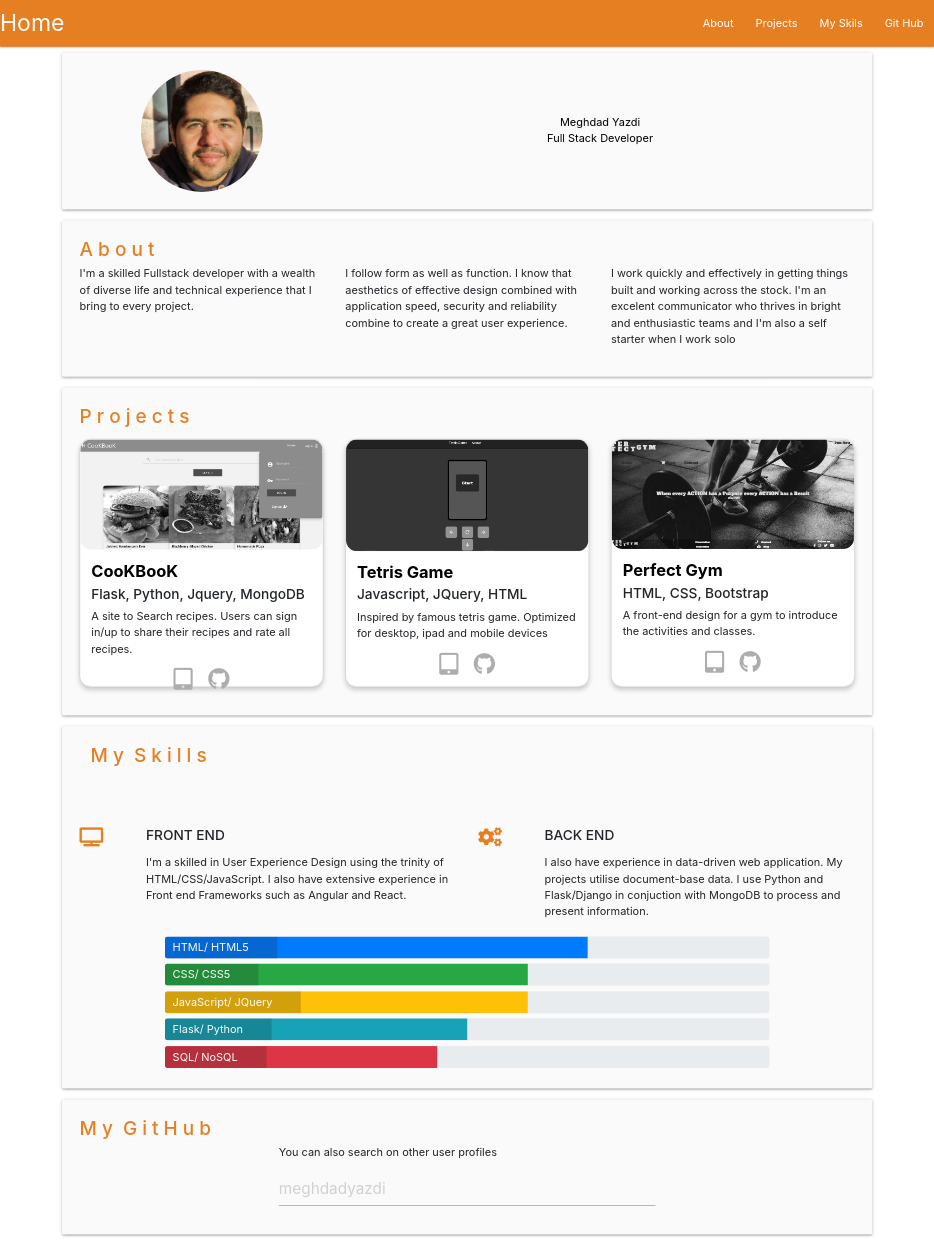
Repository: meghdadyazdi/SD_Res
Page: index.html
The author's editor kept a record of every edit. The page is drawn from the files as they stood at one moment, then again after the next edit.
The browser window is 1280 px wide. The pictures show the whole page, at 73% of full size.
Some web libraries are served in a nearby version.

Above is the page before.
Console error: ReferenceError: $ is not defined

### index.html
<!DOCTYPE html>
<html lang="en">

<head>
  <meta charset="UTF-8">
  <meta name="viewport" content="width=device-width, initial-scale=1.0">
  <meta http-equiv="X-UA-Compatible" content="ie=edge">
  <link rel="stylesheet" href="https://cdnjs.cloudflare.com/ajax/libs/materialize/1.0.0/css/materialize.min.css">
  <link href="https://fonts.googleapis.com/icon?family=Material+Icons" rel="stylesheet">
  <link rel="stylesheet" href="assets/style.css" type="text/css" />
  <link href="https://fonts.googleapis.com/css?family=Raleway:100,100i,200,200i,300,300i,400,400i,500,500i,600,600i,700,700i,800,800i,900,900i&display=swap&subset=latin-ext" rel="stylesheet">
  <link rel="stylesheet" href="https://stackpath.bootstrapcdn.com/bootstrap/4.4.1/css/bootstrap.min.css" integrity="sha384-Vkoo8x4CGsO3+Hhxv8T/Q5PaXtkKtu6ug5TOeNV6gBiFeWPGFN9MuhOf23Q9Ifjh" crossorigin="anonymous">
  <link href="https://fonts.googleapis.com/css?family=Roboto+Slab:400,700&display=swap" rel="stylesheet">
  <link rel="stylesheet" href="https://use.fontawesome.com/releases/v5.6.1/css/all.css"
		integrity="sha384-gfdkjb5BdAXd+lj+gudLWI+BXq4IuLW5IT+brZEZsLFm++aCMlF1V92rMkPaX4PP" crossorigin="anonymous">
  <link href="https://fonts.googleapis.com/css?family=Dosis&display=swap" rel="stylesheet">
  <script type="text/javascript" src="assets/js/github-information.js"></script>
  <title>Meghdad Yazdi's Resume</title>
</head>

<body>



  <nav>
    <div class="nav-wrapper">
      <a href="#index.html" class="brand-logo">Home</a>
      <a href="#" data-target="mobile-demo" class="sidenav-trigger"><i class="material-icons">menu</i></a>
      <ul class="right hide-on-med-and-down">
        <li><a href="#about">About</a></li>
        <li><a href="#projects">Projects</a></li>
        <li><a href="#skills">My Skils</a></li>
        <li><a href="#github">Git Hub</a></li>
      </ul>
    </div>
    <ul class="sidenav text-font" id="mobile-demo">
        <li><a href="#about">About</a></li>
        <li><a href="#projects">Projects</a></li>
        <li><a href="#skills">My Skils</a></li>
        <li><a href="#github">Git Hub</a></li>
    </ul>
  </nav>


  <section class="container">
    <div class="card-panel grey lighten-5 z-depth-1">
      <div class="row valign-wrapper">
        <div class="col-sm-4 center">
          <!--<div class="col my_img">-->
          <img src="assets/images/meghdad_res2.jpg" alt="" class="circle responsive-img center">
          <!-- notice the "circle" class -->
          <!--</div>-->
        </div>
        <div class="col-sm-8 center">
          <div class="row">
            <div class="col-sm-12 center">
              <span class="black-text name-font">
                Meghdad Yazdi
              </span>
            </div>
            <div class="col-sm-12 center">
              <span class="black-text my-font">
                Full Stack Developer
              </span>
            </div>
          </div>
        </div>
      </div>
    </div>
  </section>

  <section class="container">
    <div class="card-panel grey lighten-5 z-depth-1">
      <div class="row">
        <div class="col-sm-12 text-font">
          <h3 id="about" class="three-reasons-icon">A b o u t</h3>
        </div>
        <div class="col-sm-6 col-md-4 text-font m0">

          <p>
            I'm a skilled Fullstack developer with a wealth of diverse life and technical experience that I bring to every project.
          </p>
        </div>
        <div class="col-sm-6 col-md-4 text-font m0">
          <!--<h3>HOW DO I DO IT?</h3>-->
          <p>
            I follow form as well as function. I know that aesthetics of effective design combined with application speed, security and reliability combine to create a great user experience.
          </p>
        </div>
        <div class="col-sm-6 col-md-4 text-font m0">
          <!--<h3>WHY HIRE ME</h3>-->
          <p>
            I work quickly and effectively in getting things built and working across the stock. I'm an excelent communicator who thrives in bright and enthusiastic teams and I'm also a self starter when I work solo
          </p>
        </div>
      </div>
    </div>
  </section>


  <section class="container">
    <div class="card-panel grey lighten-5 z-depth-1">

      <div class="row align-items-center">
        <div class="col-sm-12 text-font">
          <h3 id="projects" class="three-reasons-icon">P r o j e c t s</h3>
        </div>

      <div class="col-sm-12 col-md-6 col-lg-4">
      <div id="cook" class="card">
        <img id="img-cook"  src="assets/images/cookbook.png" alt="CooKBooK" class="work-img" style="width:100%">
        <div class="container">
          <h4><b>CooKBooK</b></h4>
          <h5>Flask, Python, Jquery, MongoDB</h5>
          <p>A site to Search recipes. Users can sign in/up to share their recipes and rate all recipes.</p>
          <div class="par"><a href="https://cookbook-meghdad.herokuapp.com" target="_blank"><i class="fas fa-tablet-alt"></i></a>
          &nbsp&nbsp&nbsp&nbsp<a href="https://github.com/meghdadyazdi/cookbook" target="_blank"><i class="fab fa-github"></i></a></div>
        </div>
      </div>
      </div>


      <div class="col-sm-12 col-md-6 col-lg-4">
      <div id="tetris" class="card">
        <img id="img-tetris" src="assets/images/Tetris.png" alt="Tetris Game" class="work-img" style="width:100%">
        <div class="container">
          <h4><b>Tetris Game</b></h4>
          <h5>Javascript, JQuery, HTML</h5>
          <p>Inspired by famous tetris game. Optimized for desktop, ipad and mobile devices</p>
          <div class="par"><a href="https://meghdadyazdi.github.io/IFD-Milestone/" target="_blank"><i class="fas fa-tablet-alt"></i></a>
          &nbsp&nbsp&nbsp&nbsp<a href="https://github.com/meghdadyazdi/IFD-Milestone" target="_blank"><i class="fab fa-github"></i></a></div>
        </div>
      </div>
      </div>


      <div class="col-sm-12 col-md-6 col-lg-4">
      <div id="gym" class="card">
        <img id="img-gym" src="assets/images/gym.png" alt="Gym" class="work-img" style="width:100%">
        <div class="container">
          <h4><b>Perfect Gym</b></h4>
          <h5>HTML, CSS, Bootstrap</h5>
          <p>A front-end design for a gym to introduce the activities and classes.</p>
          <div class="par"><a href="https://meghdadyazdi.github.io/UCFD-Milestone/index.html" target="_blank"><i class="fas fa-tablet-alt"></i></a>
          &nbsp&nbsp&nbsp&nbsp<a href="https://github.com/meghdadyazdi/UCFD-Milestone" target="_blank"><i class="fab fa-github"></i></a></div>
        </div>
      </div>
      </div>

      </div>

    </div>
  </section>

  <section class="container">
    <div class="card-panel grey lighten-5 z-depth-1">

                <div class="col-sm-12 text-font">
                   <h3 id="skills" class="three-reasons-icon">M y  &nbspS k i l l s</h3>
                </div>
                <div class="row">
                    <div class="col-10 offset-1 offset-sm-0 col-sm-6">
                        <div class="row">
                            <div class="col-2">
                                <i class="three-reasons-icon fa fa-tv" aria-hiden="true"></i>
                            </div>
                            <div class="col-10">
                                <h5 class="three-reasons-heading uppercase">FRONT END</h5>
                                <p>I'm a skilled in User Experience Design using the trinity of HTML/CSS/JavaScript.
                                I also have extensive experience in Front end Frameworks such as Angular and React.
                                </p>
                            </div>
                        </div>
                    </div>
                    <div class="col-10 offset-1 offset-sm-0 col-sm-6">
                        <div class="row">
                            <div class="col-2">
                                <i class="three-reasons-icon fa fa-cogs" aria-hiden="true"></i>
                            </div>
                            <div class="col-10">
                                <h5 class="three-reasons-heading uppercase">BACK END</h5>
                                <p>
                                    I also have experience in data-driven web application. My projects utilise document-base data. I use Python and Flask/Django in conjuction with MongoDB to process and present information.
                                </p>
                            </div>
                        </div>
                    </div>
                </div>


                <div class="row progress-section">
                    <div class="col">
                        <div class="progress">
                            <div class="progress-bar" role="progressbar" aria-valuenow="90" aria-valuemin="0" aria-valuemax="100" style="width:70%;">
                                <span class="sr-only">70% complete</span>
                            </div>
                            <span class="progress-type progress-font">HTML/ HTML5</span>
                        </div>
                        <div class="progress">
                            <div class="progress-bar bg-success" role="progressbar" aria-valuenow="70" aria-valuemin="0" aria-valuemax="100" style="width:60%;">
                                <span class="sr-only">600% complete</span>
                            </div>
                            <span class="progress-type progress-font">CSS/ CSS5</span>
                        </div>

                        <div class="progress">
                            <div class="progress-bar bg-warning" role="progressbar" aria-valuenow="80" aria-valuemin="0" aria-valuemax="100" style="width:60%;">
                                <span class="sr-only">60% complete</span>
                            </div>
                            <span class="progress-type progress-font">JavaScript/ JQuery</span>
                        </div>
                        <div class="progress">
                            <div class="progress-bar bg-info" role="progressbar" aria-valuenow="75" aria-valuemin="0" aria-valuemax="100" style="width:50%;">
                                <span class="sr-only">50% complete</span>
                            </div>
                            <span class="progress-type progress-font">Flask/ Python</span>
                        </div>
                        <div class="progress">
                            <div class="progress-bar bg-danger" role="progressbar" aria-valuenow="80" aria-valuemin="0" aria-valuemax="100" style="width:45%;">
                                <span class="sr-only">45% complete</span>
                            </div>
                            <span class="progress-type progress-font">SQL/ NoSQL</span>
                        </div>
                    </div>
                </div>

    </div>
  </section>

  <section class="container">
    <div class="card-panel grey lighten-5 z-depth-1">
      <div class="row bg-color-contact">

        <div class="col-sm-12 text-font">
                   <h3 id="github" class="three-reasons-icon">M y &nbspG i t H u b</h3>
                </div>

        <div class="col-md-6 offset-md-3 center-form text-font">

          <p>
            You can also search on other user profiles
          </p>

        </div>
        <div class="col-md-6 offset-md-3 center-form text-font">
          <input type="text" id="gh-username" placeholder="meghdadyazdi" value="" oninput="fetchGitHubInformation()" />
          <div id="gh-user-data"></div>
          <div id="gh-repo-data"></div>
        </div>
      </div>
    </div>
  </section>












</body>
<script src="https://cdnjs.cloudflare.com/ajax/libs/jquery/3.4.1/jquery.min.js" integrity="sha256-CSXorXvZcTkaix6Yvo6HppcZGetbYMGWSFlBw8HfCJo=" crossorigin="anonymous"></script>
<script src="https://cdnjs.cloudflare.com/ajax/libs/materialize/1.0.0/js/materialize.min.js"></script>
<script type="text/javascript" src="assets/js/jquery.js"></script>
<script type="text/javascript" src="">
  $(document).ready(function() {
    $('.sidenav').sidenav();
  });
</script>

</html>

### assets/style.css
@import url('https://fonts.googleapis.com/css?family=Roboto:100,200,300,400,500,600,700|Exo:100,200,300,400,500,600,700');

nav {
    background-color: #e67e22;
}

.row .col.m2 {
    width: 50%;
    margin: 0;
}

.row .col.s12 {
    width: 50%;
    margin: 0;
}

.card-panel{
    position: relative;
}

.dark-bg{
    background-color: #676767;
}

.center {
  display: block;
  margin-left: auto;
  margin-right: auto;
  width: 50%;
}

img.responsive-img, video.responsive-video {
    max-width: 50%;
}
.name_font{
    /*font-family: 'Dosis', sans-serif;*/
    font-family: "Roboto", sans-serif;
    font-size: 2.5rem;
    font-weight: 400;
    text-align: center;
}
.my_font{
    /*font-family: 'Dosis', sans-serif;*/
    font-family: "Roboto", sans-serif;
    font-size: 2rem;
    /*text-align: center;*/
    font-weight: 100;
}
.text_font{
    /*font-family: 'Dosis', sans-serif;*/
    font-family: "Exo", sans-serif;
    font-size: 1rem;
    /*text-align: center;*/
    font-weight: 400;
}
.row{
    margin: 0;
}

.m0{
  margin: 0 !important;
}

.p0{
  padding: 0 !important;
}

.row .col-sm-6{
  margin-top: 5rem;
}

a:hover {
    color: #fff !important;
    text-decoration: none !important;
}

.card {
  box-shadow: 0 4px 8px 0 rgba(0,0,0,0.2);
  transition: 0.3s;
  width: 100%;
  height: 340px;
  border-radius: 15px !important;
  border: 0px solid rgba(0,0,0,.125);
}

.card:hover {
  box-shadow: 0 8px 90px 0 rgba(0,0,0,1);
}

.mauto{
  margin: auto !important;
}

.fa-tablet-alt{
  font-size: 30px;
  color: #adadad
}

.fa-tablet-alt:hover{
  transform: rotate(5deg);
  color: #5a5a5a;
}

.fa-github{
  font-size: 30px;
  color: #adadad
}

.fa-github:hover{
  transform: rotate(5deg);
  color: #5a5a5a;
}

.par{
  text-align: center;
}

.work-img{
  filter: grayscale(100%);
}

#img-cook,
#img-tetris,
#img-gym{
  border-radius: 15px;
}

h4{
  margin-top: 1rem !important;
  color: #000;
}

.card-img{

}

/*__________________________Skils______________________________*/

.progress{
    position: relative;
    height: 30px !important;
    margin-bottom: 4px;
}

.progress-type{
    position: absolute;
    left: 0;
    font-weight: 400;
    padding: 4px 39px 19px 10px;
    color: #fafafa;
    background-color: rgba(25,25,25,.2)
}

.progress-section{
    margin: 0px auto!important;
    width: 80%;
}

.progress-font{
  font-size: 15px;
}

/*___________________________three reason___________________________________*/

.three-reasons-icon{
    font-size: 26px;
    color: #e67e22;
}

.three-reasons-heading{
    margin-bottom: 15px;
}


/*__________________________Github_____________________________*/
#search-area {
  display: block;
  max-width: 70%;
  margin: 0 auto;
  background: #fff;
  padding: 15px 25px;
  -webkit-box-shadow: 1px 2px 3px -1px rgba(0, 0, 0, 0.4);
  -moz-box-shadow: 1px 2px 3px -1px rgba(0, 0, 0, 0.4);
  box-shadow: 1px 2px 3px -1px rgba(0, 0, 0, 0.4);
  -webkit-border-radius: 4px;
  -moz-border-radius: 4px;
  border-radius: 4px;
}

#gh-api-data {
  display: block;
  padding: 25px 0;
}

#loader {
  display: block;
  width: 200px;
  height: 200px;
  margin: 0 auto;
}


/* page content styles */

.small-name {
  font-size: 0.75em;
  color: #a9a9a9;
  font-style: italic;
}

.avi {
  float: left;
  margin-right: 7px;
  margin-bottom: 7px;
}

.avi img {
  border: 1px solid #ccc;
  padding: 3px;
}

.repo-list {
  display: block;
  clear: both;
  width: 100%;
}

.repo-list ul {
  font-size: 1.2em;
}

.repo-list ul li {
  display: block;
}

.repo-list ul li a {
  font-weight: bold;
  padding: 6px 9px;
  display: block;
  float: left;
  margin-right: 10px;
  margin-bottom: 10px;
  text-decoration: none;
  border: 1px solid #356492;
  -webkit-border-radius: 3px;
  -moz-border-radius: 3px;
  border-radius: 3px;
  color: #fff;
  background-color: #3673af;
  background-image: -webkit-gradient(linear, left top, left bottom, from(#5597d8), to(#3673af));
  background-image: -webkit-linear-gradient(top, #5597d8, #3673af);
  background-image: -moz-linear-gradient(top, #5597d8, #3673af);
  background-image: -ms-linear-gradient(top, #5597d8, #3673af);
  background-image: -o-linear-gradient(top, #5597d8, #3673af);
  background-image: linear-gradient(top, #5597d8, #3673af);
}

.repo-list ul li a:hover {
  background-color: #396895;
  background-image: -webkit-gradient(linear, left top, left bottom, from(#4b87c2), to(#396895));
  background-image: -webkit-linear-gradient(top, #4b87c2, #396895);
  background-image: -moz-linear-gradient(top, #4b87c2, #396895);
  background-image: -ms-linear-gradient(top, #4b87c2, #396895);
  background-image: -o-linear-gradient(top, #4b87c2, #396895);
  background-image: linear-gradient(top, #4b87c2, #396895);
}

.repo-list ul li a:active {
  -webkit-box-shadow: inset 0 3px 5px rgba(0, 0, 0, 0.25);
  -moz-box-shadow: inset 0 3px 5px rgba(0, 0, 0, 0.25);
  box-shadow: inset 0 3px 5px rgba(0, 0, 0, 0.25);
}

.repo-list ul li a span {
  font-family: "Courier New", Courier, "Lucida Typewriter", monospace;
  font-size: 0.9em;
}

/* input field */

#gh-username {
  display: block;
  padding: 0;
  font-size: 1.4em;
  color: #666;
  /*max-width: 550px;*/
  margin-bottom: 15px;
}


#gh-submit {
  display: inline-block;
  padding: 8px 18px;
  font-size: 14px;
  font-weight: bold;
  color: #444;
  text-decoration: none;
  text-shadow: 0 1px 0 rgba(255, 255, 255, 0.8);
  background-color: #eaeaea;
  background-image: -webkit-linear-gradient(#fafafa, #eaeaea);
  background-image: -moz-linear-gradient(#fafafa, #eaeaea);
  background-image: -ms-linear-gradient(top, #fafafa, #eaeaea);
  background-image: -o-linear-gradient(top, #fafafa, #eaeaea);
  background-image: linear-gradient(#fafafa, #eaeaea);
  border-radius: 3px;
  border: 1px solid #ddd;
  border-bottom-color: #c5c5c5;
  -webkit-box-shadow: 0 1px 3px rgba(0, 0, 0, 0.05);
  -moz-box-shadow: 0 1px 3px rgba(0, 0, 0, 0.05);
  box-shadow: 0 1px 3px rgba(0, 0, 0, 0.05);
}

#gh-submit:hover {
  background-color: #dadada;
  background-image: -webkit-linear-gradient(#eaeaea, #dadada);
  background-image: -moz-linear-gradient(#eaeaea, #dadada);
  background-image: -ms-linear-gradient(top, #eaeaea, #dadada);
  background-image: -o-linear-gradient(top, #eaeaea, #dadada);
  background-image: linear-gradient(#eaeaea, #dadada);
  border-color: #ccc #ccc #b5b5b5;
}

#gh-submit:active {
  background-color: #dadada;
  background-image: none;
  border-color: #b5b5b5;
  -webkit-box-shadow: inset 0 3px 5px rgba(0, 0, 0, 0.25);
  -moz-box-shadow: inset 0 3px 5px rgba(0, 0, 0, 0.25);
  box-shadow: inset 0 3px 5px rgba(0, 0, 0, 0.25);
}

### assets/js/github-information.js
function userInformationHTML(user) {
    return `
        <h2>${user.name}
            <span class="small-name">
                (@<a href="${user.html_url}" target="_blank">${user.login}</a>)
            </span>
        </h2>
        <div class="gh-content">
            <div class="gh-avatar">
                <a href="${user.html_url}" target="_blank">
                    <img src="${user.avatar_url}" width="80" height="80" alt="${user.login}" />
                </a>
            </div>
            <p>Followers: ${user.followers} - Following ${user.following} <br> Repos: ${user.public_repos}</p>
        </div>`;
}

function repoInformationHTML(repos) {
    if (repos.length == 0) {
        return `<div class="clearfix repo-list">No repos!</div>`;
    }

    var listItemsHTML = repos.map(function(repo) {
        return `<li>
                    <a href="${repo.html_url}" target="_blank">${repo.name}</a>
                </li>`;
    });

    return `<div class="clearfix repo-list">
                <p>
                    <strong>Repo List:</strong>
                </p>
                <ul>
                    ${listItemsHTML.join("\n")}
                </ul>
            </div>`;
}

function fetchGitHubInformation(event) {
    $("#gh-user-data").html("");
    $("#gh-repo-data").html("");

    var username = $("#gh-username").val();
    if (!username) {
        $("#gh-user-data").html(`<h6>Please enter a GitHub username</h6>`);
        return;
    }

    $("#gh-user-data").html(
        `<div id="loader">
            <img src="images/loader.gif" alt="loading..." />
        </div>`);

    $.when(
        $.getJSON(`https://api.github.com/users/${username}`),
        $.getJSON(`https://api.github.com/users/${username}/repos`)
    ).then(
        function(firstResponse, secondResponse) {
            var userData = firstResponse[0];
            var repoData = secondResponse[0];
            $("#gh-user-data").html(userInformationHTML(userData));
            $("#gh-repo-data").html(repoInformationHTML(repoData));
        },
        function(errorResponse) {
            if (errorResponse.status === 404) {
                $("#gh-user-data").html(
                    `<h2>No info found for user ${username}</h2>`);
            } else if (errorResponse.status === 403) {
                var resetTime = new Date(errorResponse.getResponseHeader('X-RateLimit-Reset') * 1000);
                $("#gh-user-data").html(`<h4>Too many requests, please wait until ${resetTime.toLocaleTimeString()}</h4>`);
            }
            else {
                console.log(errorResponse);
                $("#gh-user-data").html(
                    `<h2>Error: ${errorResponse.responseJSON.message}</h2>`);
            }
        });
}

$(document).ready(fetchGitHubInformation);

### assets/js/jquery.js
$(document).ready(function(){
    $('.sidenav').sidenav();
    $('#cook').mouseenter(function (){
        $('#img-cook').removeClass('work-img');
    });
    $('#cook').mouseleave(function (){
        $('#img-cook').addClass('work-img');
    });
    $('#tetris').mouseenter(function (){
        $('#img-tetris').removeClass('work-img');
    });
    $('#tetris').mouseleave(function (){
        $('#img-tetris').addClass('work-img');
    });
    $('#gym').mouseenter(function (){
        $('#img-gym').removeClass('work-img');
    });
    $('#gym').mouseleave(function (){
        $('#img-gym').addClass('work-img');
    });

    $("a").on('click', function(event) {

    // Make sure this.hash has a value before overriding default behavior
    if (this.hash !== "") {
      // Prevent default anchor click behavior
      event.preventDefault();

      // Store hash
      var hash = this.hash;

      // Using jQuery's animate() method to add smooth page scroll
      // The optional number (800) specifies the number of milliseconds it takes to scroll to the specified area
      $('html, body').animate({
        scrollTop: $(hash).offset().top
      }, 1000, function(){

        // Add hash (#) to URL when done scrolling (default click behavior)
        window.location.hash = hash;
      });
    } // End if
  });
  });

After the next edit:
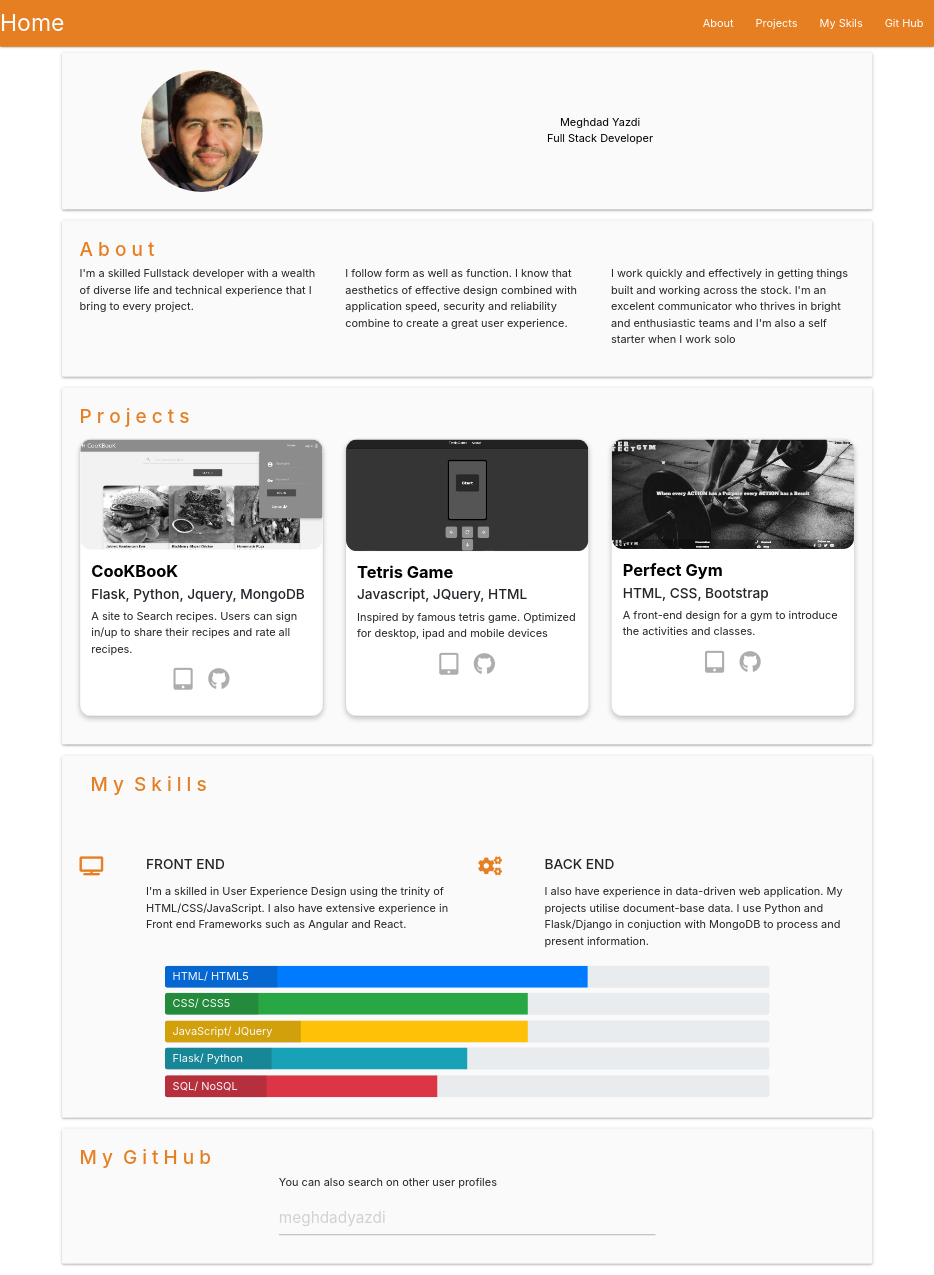
The edit:
--- a/assets/style.css
+++ b/assets/style.css
@@ -78,7 +78,7 @@
   box-shadow: 0 4px 8px 0 rgba(0,0,0,0.2);
   transition: 0.3s;
   width: 100%;
-  height: 340px;
+  height: 380px;
   border-radius: 15px !important;
   border: 0px solid rgba(0,0,0,.125);
 }
